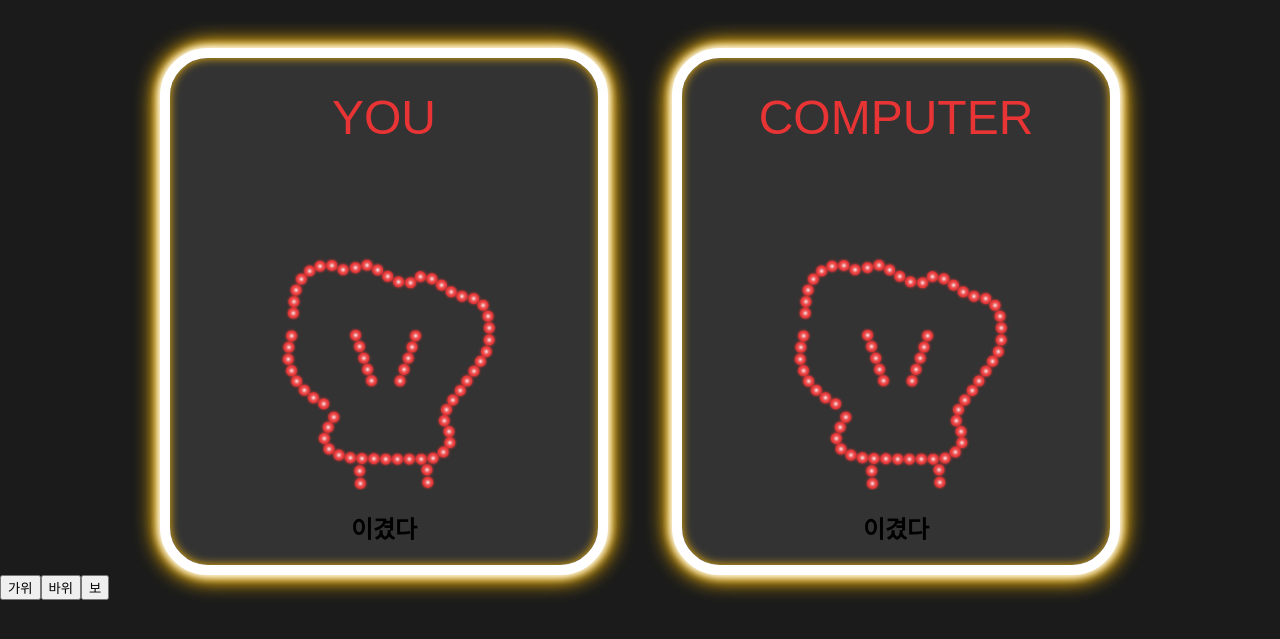
Repository: KIMMIHYE12/classComponent
Page: /
An editor plug-in stored every save of this project. The page is shown before and after the next save, followed by the edit.
The browser window is 1280 px wide. The pictures show the whole page.
Some web fonts or font styles are not loaded; a fallback is used. The project was rebuilt for these pictures with package versions that can differ from the ones it lists, and the page was loaded fresh each time.

Above is the page before, as saved 2024-03-18 21:16:14.

### src/App.js
import "./App.css";
import { Box } from "./component/Box";

function App() {
  return (
    <div className='content'>
      <div className='game_screen'>
        <Box title='YOU' />
        <Box title='COMPUTER' />
      </div>
      <div>
        <button>가위</button>
        <button>바위</button>
        <button>보</button>
      </div>
    </div>
  );
}

export default App;

### src/App.css
@import url("https://use.typekit.net/ebb2deg.css");

* {
  box-sizing: border-box;
}

.content {
  height: 100vh;
  padding: 3em 0;
  background-color: #1b1b1b;
}
.game_screen {
  width: 100%;
  display: flex;
  justify-content: center;
}
.box {
  width: 35%;
  display: flex;
  align-items: center;
  flex-direction: column;
  margin: 0 2em;
  border: 10px solid #fff;
  background: #333;
  border-radius: 3rem;
  box-shadow: 0 0 10px #fff, 0 0 10px #fff, 0 0 24px #f5b70c, 0 0 16px #f5b70c,
    0 0 24px #f5b70c, inset 0 0 10px #f5b70c;
}
h1 {
  font-size: 3em;
  color: #e83435;
  font-family: "gloridot", sans-serif;
  font-weight: 400;
  font-style: normal;
}
img {
  width: 70%;
}

### src/component/Box.js
import React from "react";

export const Box = (props) => {
  console.log(props);
  return (
    <div className='box'>
      <h1>{props.title}</h1>
      <img src='/images/rock.png' />
      <h2>이겼다</h2>
    </div>
  );
};

Loaded but not shown: public/index.html (common file); src/index.js (common file); src/index.css (common file); src/reportWebVitals.js (common file)

After the next save:
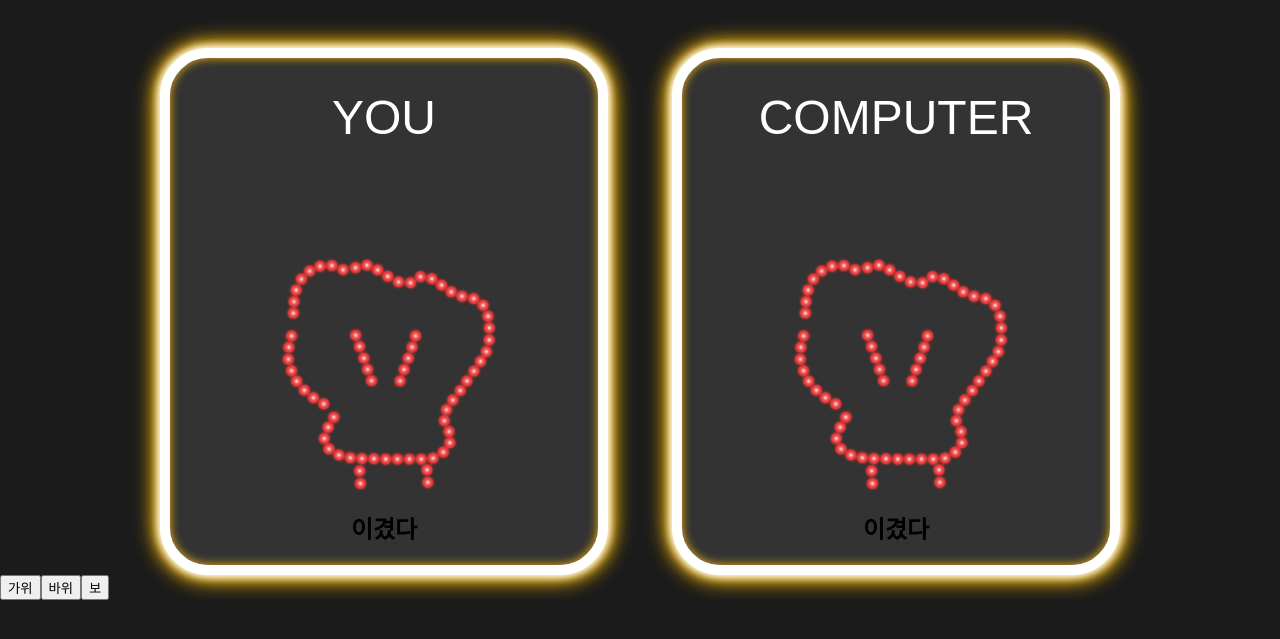
Saved 12 s later.
--- a/src/App.css
+++ b/src/App.css
@@ -28,7 +28,7 @@
 }
 h1 {
   font-size: 3em;
-  color: #e83435;
+  color: #fff;
   font-family: "gloridot", sans-serif;
   font-weight: 400;
   font-style: normal;

After the save that followed:
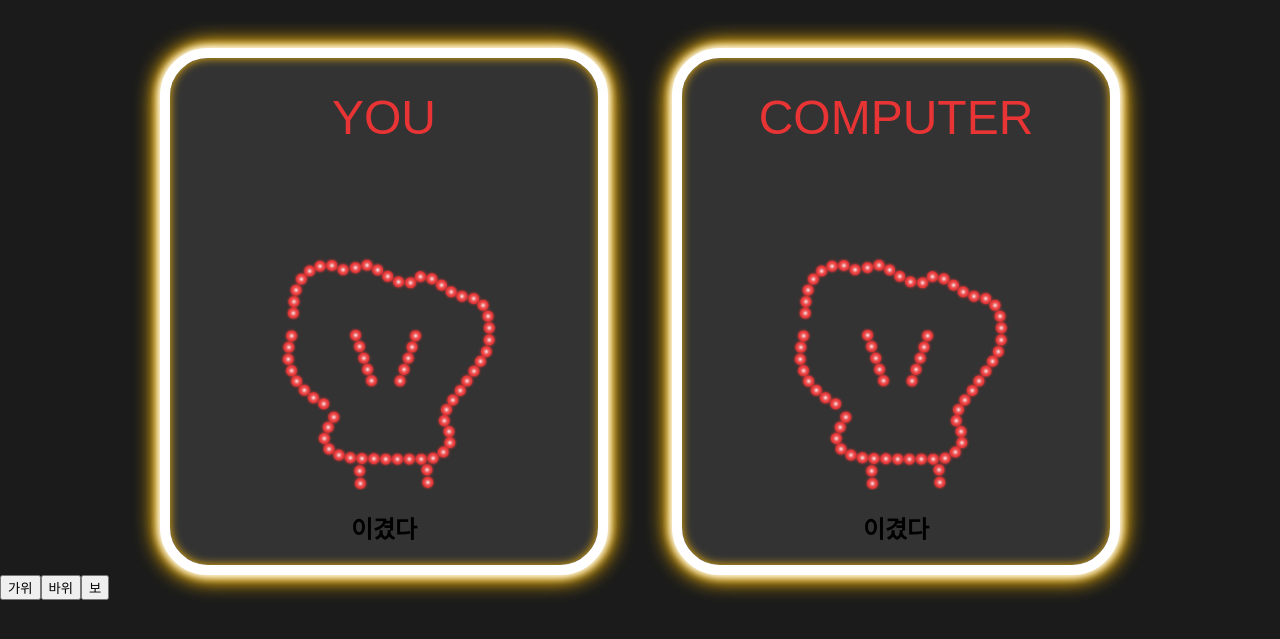
Saved 4 s later.
--- a/src/App.css
+++ b/src/App.css
@@ -28,7 +28,7 @@
 }
 h1 {
   font-size: 3em;
-  color: #fff;
+  color: #e83435;
   font-family: "gloridot", sans-serif;
   font-weight: 400;
   font-style: normal;
